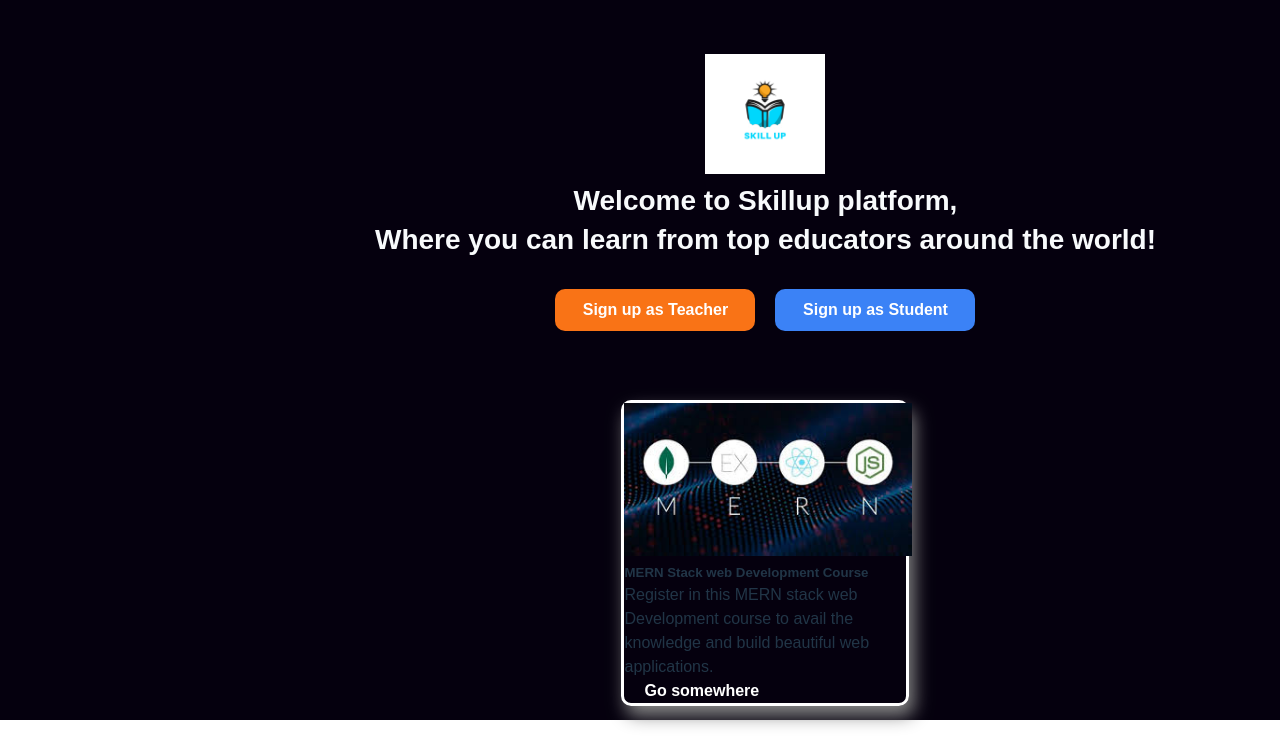
Repository: gowtham-jo/Learning-Management-System
Page: /
These files come from the project's save history. The page is drawn as it stood at one moment and after the next save; the edit follows.
The browser window is 1280 px wide. The page is 1281 px wide, so the pictures cover 1281 px, including what lies to the right of the window. The pictures show the whole page.
The project was rebuilt for these pictures with package versions that can differ from the ones it lists, and the page was loaded fresh each time. Also part of the build but not shown: vite.config.js, src/StudentRegistration.jsx, src/TeacherRegistration.jsx.

Above is the page before, as saved 2026-01-27 20:32:38.

### index.html
<!doctype html>
<html lang="en">
  <head>
    <meta charset="UTF-8" />
    <link rel="icon" type="image/svg+xml" href="/vite.svg" />
    <meta name="viewport" content="width=device-width, initial-scale=1.0" />
    <title>lms</title>
  </head>
  <body>
    <div id="root"></div>
    <script type="module" src="/src/main.jsx"></script>
  </body>
</html>

### src/App.jsx
import React from "react";
import "./App.css";
import Homepage from "./Homepage.jsx";
import { Routes, Route } from "react-router-dom";
import StudentRegistration from "./StudentRegistration.jsx";
import TeacherRegistration from "./TeacherRegistration.jsx";


import { useNavigate } from "react-router-dom";

const App = () => {
  return (
    <Routes>
      <Route path="/" element={<Homepage />} />
      <Route
        path="/student-registration"
        element={<StudentRegistration />}

      />
      <Route path="/teacher-registration" element={<TeacherRegistration />} />
    </Routes>
  );
};

export default App;

### src/index.css
*{
  margin:0;
  padding:0;
  box-sizing: border-box;
}
html,body,#root{
  height:100%;
}
:root {
  font-family: system-ui, Avenir, Helvetica, Arial, sans-serif;
  line-height: 1.5;
  font-weight: 400;

  color-scheme: light dark;
  color: rgba(255, 255, 255, 0.87);
  background-color: #242424;

  font-synthesis: none;
  text-rendering: optimizeLegibility;
  -webkit-font-smoothing: antialiased;
  -moz-osx-font-smoothing: grayscale;
}

a {
  font-weight: 500;
  color: #646cff;
  text-decoration: inherit;
}
a:hover {
  color: #535bf2;
}

body {
  margin: 0;
  display: flex;
  place-items: center;
  min-width: 320px;
  min-height: 100vh;
}

h1 {
  font-size: 3.2em;
  line-height: 1.1;
}

button {
  border-radius: 8px;
  border: 1px solid transparent;
  padding: 0.6em 1.2em;
  font-size: 1em;
  font-weight: 500;
  font-family: inherit;
  background-color: #1a1a1a;
  cursor: pointer;
  transition: border-color 0.25s;
}
button:hover {
  border-color: #646cff;
}
button:focus,
button:focus-visible {
  outline: 4px auto -webkit-focus-ring-color;
}

@media (prefers-color-scheme: light) {
  :root {
    color: #213547;
    background-color: #ffffff;
  }
  a:hover {
    color: #747bff;
  }
  button {
    background-color: #f9f9f9;
  }
}

### src/App.css
body {
  background-color: #05000e;
  font-family: Arial, sans-serif;
}

/* FULL-PAGE CENTERING */
.home-container {
  height: 100%;
  width: 100%;
  margin-top: 20px;
  margin-left:250px;

  display: grid;
  place-items: center; /* PERFECT center (x + y) */
}

/* Inner content wrapper */
.home-content {
  text-align: center;
}

/* Heading */
#heading {
  max-width: 1000px;
  color: #f8fafc;
  font-size: 28px;
  font-weight: 600;
  line-height: 1.4;
  margin-bottom: 30px;
}

/* Buttons */
.buttons {
  display: flex;
  gap: 20px;
  justify-content: center;
}

.btn {
  width: 200px;
  padding: 12px 20px;
  font-size: 16px;
  font-weight: 600;
  color: white;
  border: none;
  border-radius: 10px;
  cursor: pointer;
}

.orange { background-color: #f97316; }
.blue   { background-color: #3b82f6; }
.student-registration{
  display: flex;
  justify-content: center;
  align-items: center;
}
/*student-registration-container styling*/
.page-center {
  display: flex;
  height: 100vh;
  justify-content: center;
  align-items: center;
  width: 100vw;

}
.form-container {
  background-color: black;
  padding: 40px;
  border-radius: 10px;
  box-shadow: 0 4px 6px rgba(0, 0, 0, 0.1);
  width: 400px;
}

### src/Homepage.jsx
import React from "react";
import { useNavigate } from "react-router-dom";
import Skillup from "../src/assets/Skillup.png";
import mern from "./assets/mern.jpg";

const Homepage = () => {
  const navigate = useNavigate();

  return (
    <div className="home-container">
      <div className="home-content">
        <img src={Skillup} alt="Logo" width="120" />
        <div id="heading">
          Welcome to Skillup platform,
          <br />
          Where you can learn from top educators around the world!
        </div>

        <div className="buttons">
          <button
            className="btn orange"
            onClick={() => navigate("/teacher-registration")}
          >
            Sign up as Teacher
          </button>

          <button
            className="btn blue"
            onClick={() => navigate("/student-registration")}
          >
            Sign up as Student
          </button>

        </div>
      </div>
      <div className="card" style={{ width: "18rem",border:"3px solid white" ,borderRadius:"10px",boxShadow:"5px 10px 18px #888888"}}>
        <img src={mern} className="card-img-top" alt="..."style={{width:"18rem"}} />
          <div className="card-body" style={{ borderRadius: "10px" }}>
            <h5 className="card-title">MERN Stack web Development Course</h5>
            <p className="card-text">Register in this MERN stack web Development course to avail the knowledge and build beautiful web applications.</p>
            <a href="#" className="btn btn-primary">Go somewhere</a>
          </div>
      </div>
    </div>
  );
};

export default Homepage;

Loaded but not shown: src/main.jsx (common file)

After the next save:
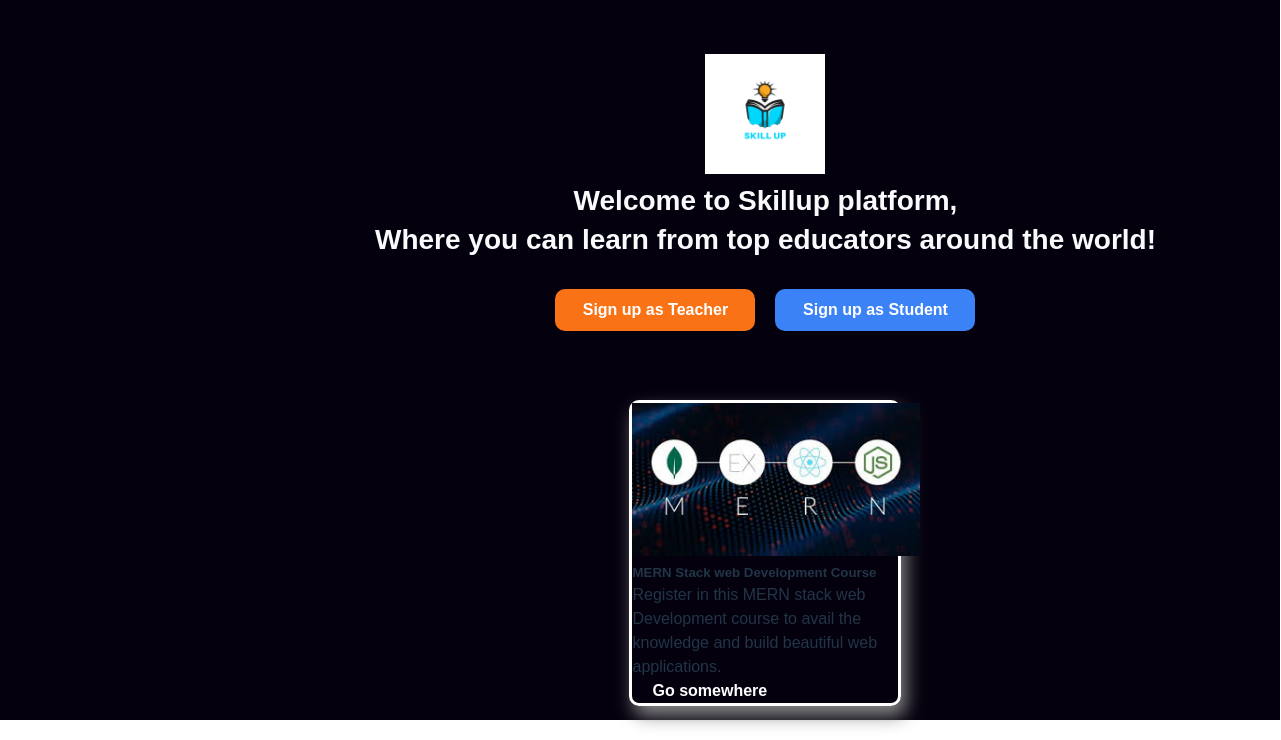
Saved 17 s later.
--- a/src/Homepage.jsx
+++ b/src/Homepage.jsx
@@ -33,7 +33,7 @@
 
         </div>
       </div>
-      <div className="card" style={{ width: "18rem",border:"3px solid white" ,borderRadius:"10px",boxShadow:"5px 10px 18px #888888"}}>
+      <div className="card" style={{ width: "17rem",border:"3px solid white" ,borderRadius:"10px",boxShadow:"5px 10px 18px #888888"}}>
         <img src={mern} className="card-img-top" alt="..."style={{width:"18rem"}} />
           <div className="card-body" style={{ borderRadius: "10px" }}>
             <h5 className="card-title">MERN Stack web Development Course</h5>

After the save that followed:
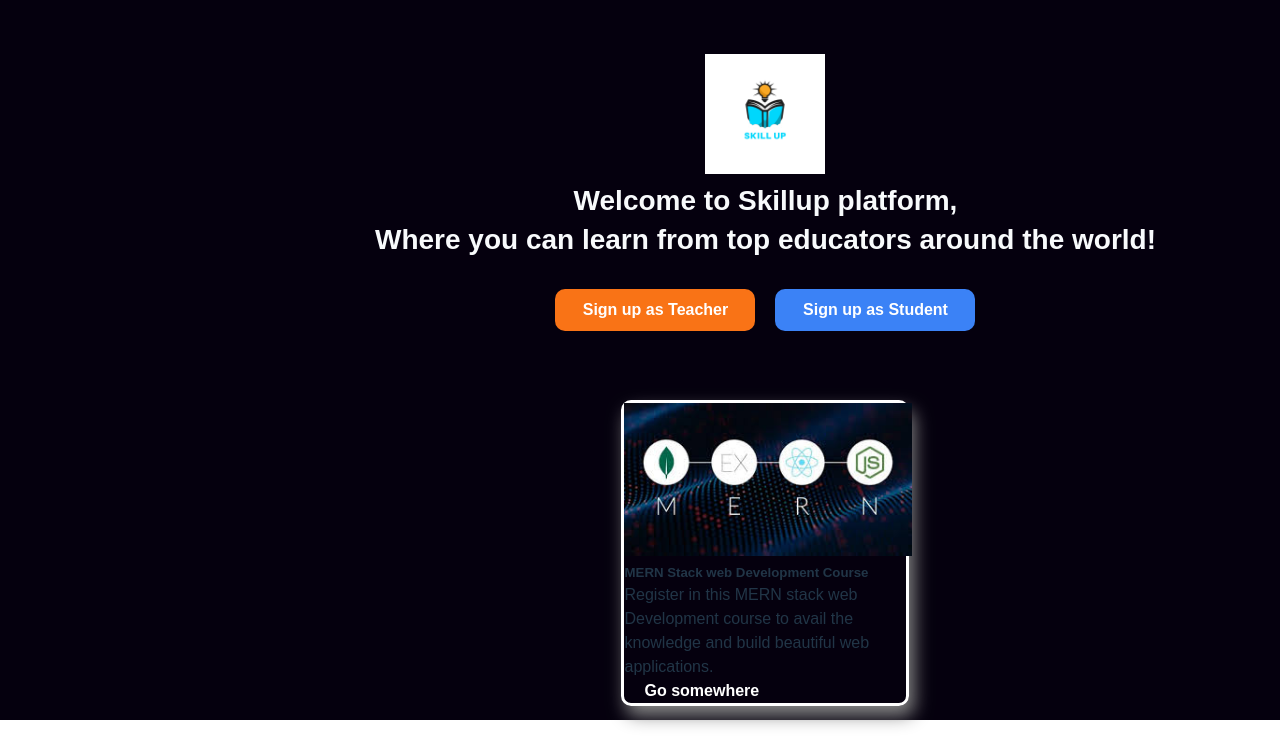
Saved 5 s later.
--- a/src/Homepage.jsx
+++ b/src/Homepage.jsx
@@ -33,7 +33,7 @@
 
         </div>
       </div>
-      <div className="card" style={{ width: "17rem",border:"3px solid white" ,borderRadius:"10px",boxShadow:"5px 10px 18px #888888"}}>
+      <div className="card" style={{ width: "18rem",border:"3px solid white" ,borderRadius:"10px",boxShadow:"5px 10px 18px #888888"}}>
         <img src={mern} className="card-img-top" alt="..."style={{width:"18rem"}} />
           <div className="card-body" style={{ borderRadius: "10px" }}>
             <h5 className="card-title">MERN Stack web Development Course</h5>
